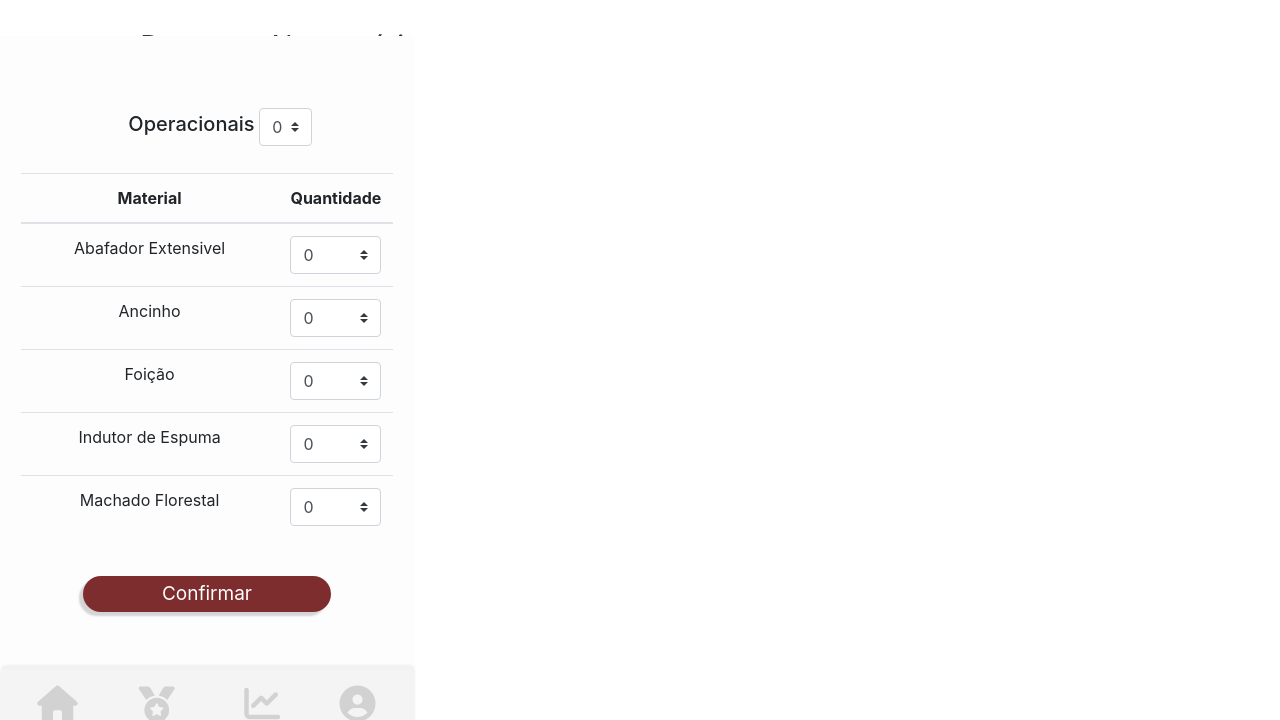
Repository: grupodetrabalhoeficiente/D213
Page: D213/Frontend/PedidoDeAjuda2.html
The author's editor kept a record of every edit. The page is drawn from the files as they stood at one moment, then again after the next edit.
The browser window is 1280 px wide. The pictures show the whole page.
Some web libraries are served in a nearby version.

Above is the page before.

After the next edit:
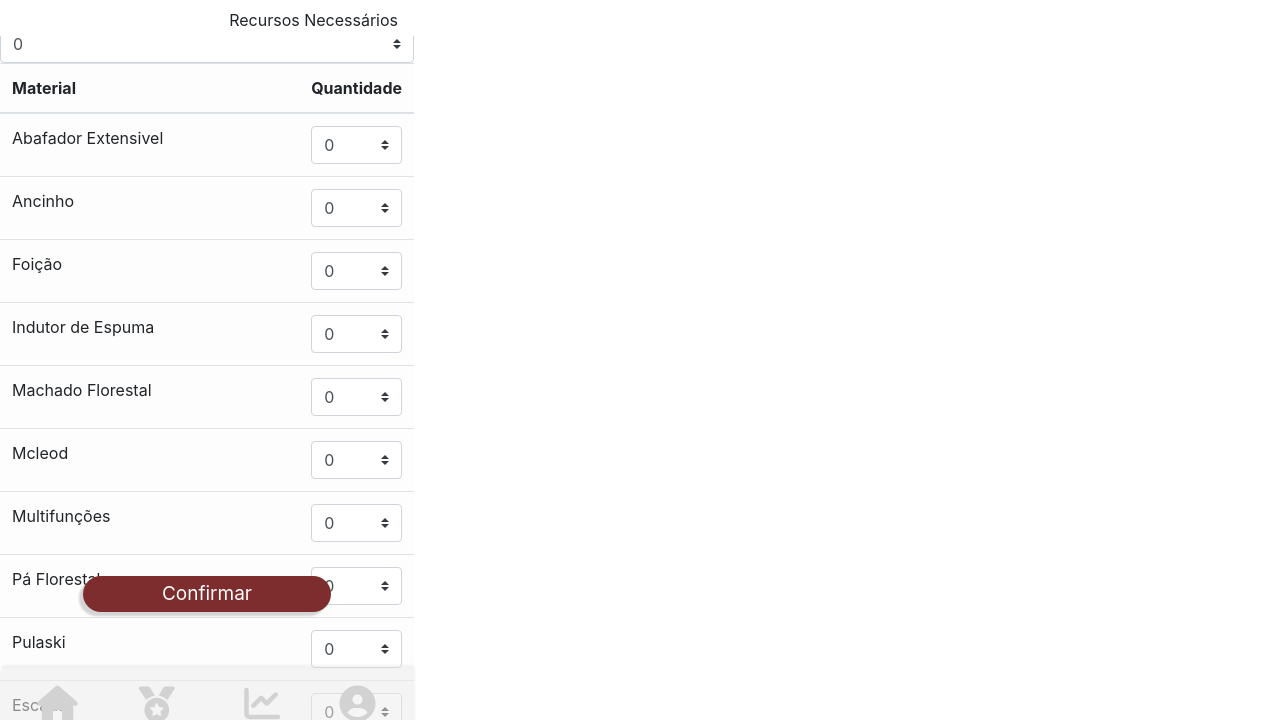
The edit:
--- a/D213/Frontend/PedidoDeAjuda2.html
+++ b/D213/Frontend/PedidoDeAjuda2.html
@@ -6,7 +6,6 @@
     <meta charset="utf-8">
     <link href="https://fonts.googleapis.com/css?family=Inter&display=swap" rel="stylesheet" />
     <link href="https://fonts.googleapis.com/css?family=PT+Sans&display=swap" rel="stylesheet" />
-    <link href="PedidoDeAjuda2.css" rel="stylesheet" />
     <link href="All.css" rel="stylesheet" />
     <script src="https://kit.fontawesome.com/e195162fd2.js" crossorigin="anonymous"></script>
     <link rel="stylesheet" href="https://stackpath.bootstrapcdn.com/bootstrap/4.5.2/css/bootstrap.min.css" integrity="sha384-JcKb8q3iqJ61gNV9KGb8thSsNjpSL0n8PARn9HuZOnIxN0hoP+VmmDGMN5t9UJ0Z" crossorigin="anonymous">
